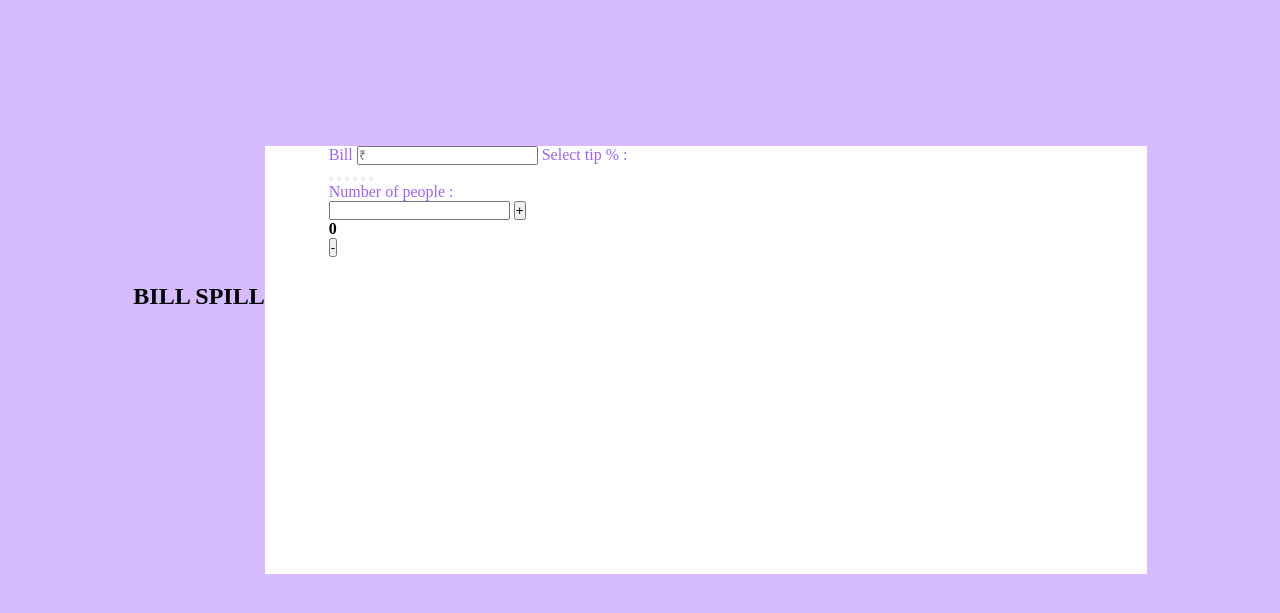
Repository: drumsmanku/micro-project-3
Page: index.html
An editor plug-in stored every save of this project. The page is shown before and after the next save, followed by the edit.
The browser window is 1280 px wide. The pictures show the whole page.

Above is the page before, as saved 2023-04-17 13:58:42.

After the next save:
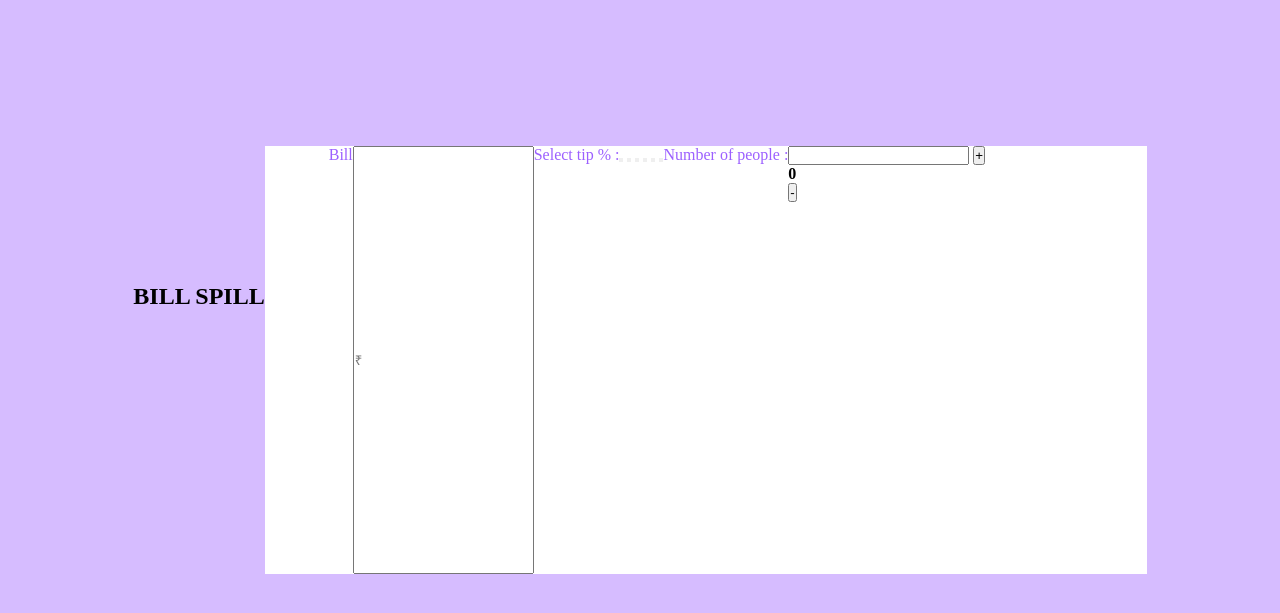
Saved 77 s later.
--- a/styles.css
+++ b/styles.css
@@ -26,7 +26,12 @@ main>h2{
 
   display: flex;
   padding-left: 4rem;
+  flex-direction: row;
 
+}
+
+.left-inside-container{
+  display: flex;
 }
 
 label{
